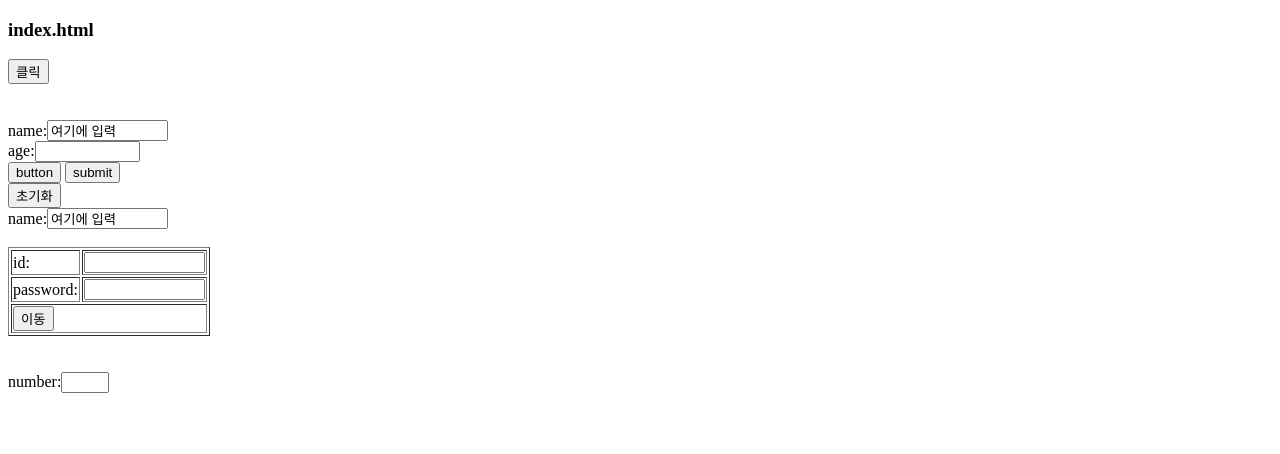
Repository: Jv2020/bitcamp
Page: html/sample04/WebContent/index.html
An editor plug-in stored every save of this project. The page is shown before and after the next save, followed by the edit.
The browser window is 1280 px wide. The pictures show the whole page.

Above is the page before, as saved 2020-01-03 02:48:52.

### html/sample04/WebContent/index.html
<!DOCTYPE html>
<html>
<head>
<meta charset="UTF-8">
<title>Insert title here</title>
</head>
<body>

<!--
	link -> anchor <a href="이동하고 싶은 파일 또는 URL">표시문자열 이미지</a>
-->

<!--

form
event resource와 같이 많이 사용.
입력데이터 등을 전송할 수 있다.

	id		: # 현재 페이지에서 1개만 인식 (중복x), JacaScript(=JQery)
	class	: . 다중 인식. CSS()
	name	: link용. 값을 전송. 변수의 역할

-->


<!--

<form action="이동하고 싶은 파일 또는 주소 or 파일명"> submit
	입력 리소스
	<input type="submit" value="클릭">
</form>

-->
<h3>index.html</h3>
<form action="NewFile.html">
	<input type="submit" value="클릭">
</form>

<br><br>

<!--
	input : button(submit), checkbox, radio, textfield ...
-->
<form action="NewFile.html">
   name:<input type="text" value="여기에 입력" size="12">
   <br>
   age:<input type="text" value="" size="10">
   <br>
   <input type="submit" value="button">
   <input type="submit" value="submit">
   <br>
   <input type="reset" value="초기화">
</form>

name:<input type="text" value="여기에 입력" size="12">

<br><br>

<form action="NewFile.jsp">
	<table border="1">
		<tr>
			<td>id:</td>
			<td><input type="text" name="id" value="" size="12"></td>
		</tr>
		<tr>
			<td>password:</td>
			<td><input type = "password" name="pwd" size="12"></td>
		</tr>
		<tr>
			<td colspan="2"><input type="submit" value="이동"></td>
		</tr>
	</table>
</form>

<br><br>

<!-- html5 -->
<form action="">
	number:<input type="number" max="5" min="1">

</form>


</body>
</html>

After the next save:
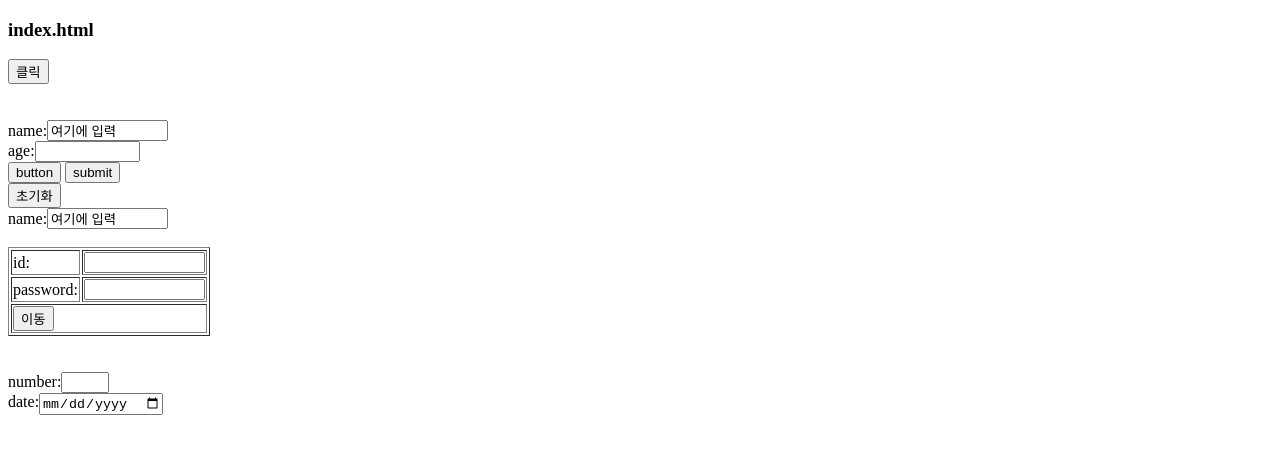
Saved 2 min 27 s later.
--- a/html/sample04/WebContent/index.html
+++ b/html/sample04/WebContent/index.html
@@ -77,7 +77,8 @@ name:<input type="text" value="여기에 입력" size="12">
 <!-- html5 -->
 <form action="">
 	number:<input type="number" max="5" min="1">
-
+	<br>
+	date:<input type="date">
 </form>
 
 
